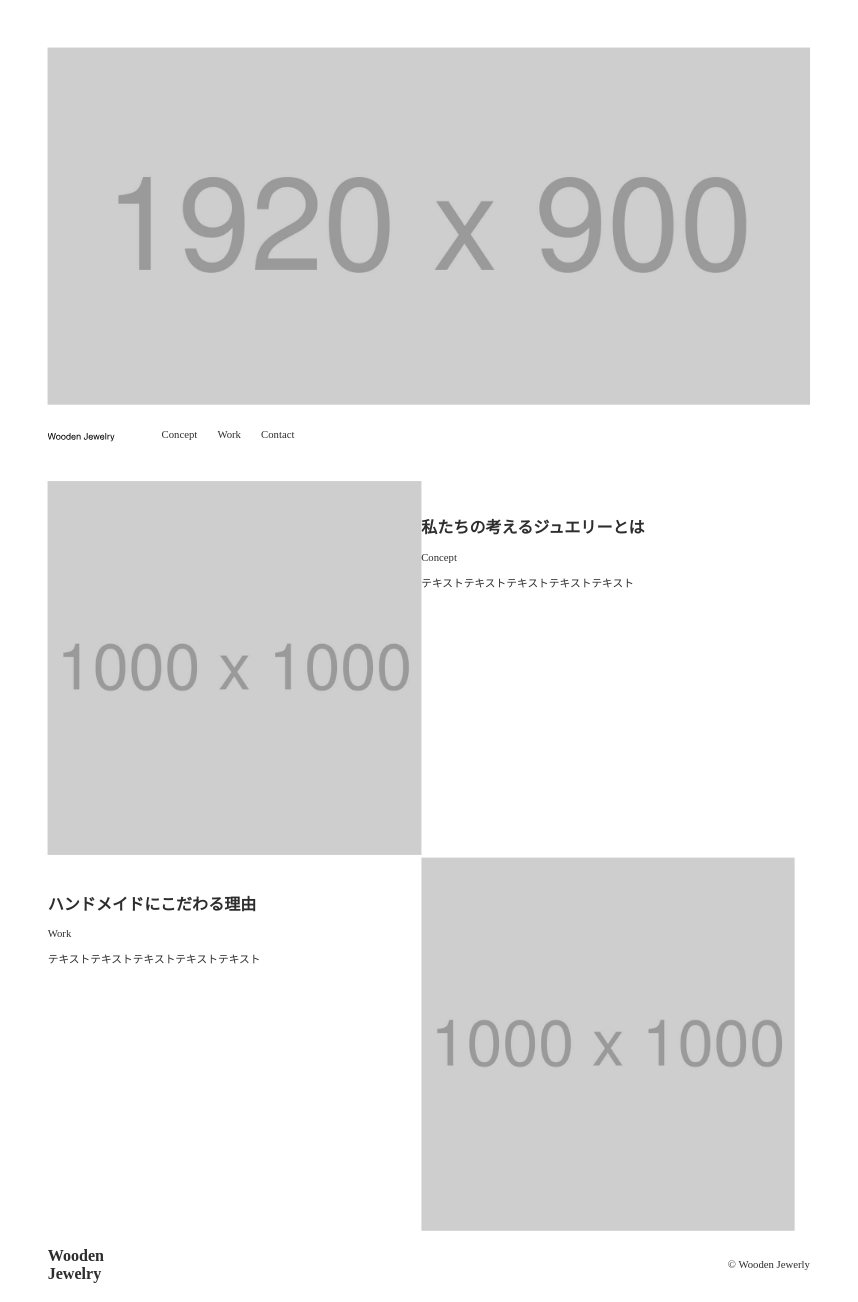
Repository: Fuki-san/jewelry
Page: http://localhost/jewelry
These files come from the project's save history. The page is drawn as it stood at one moment and after the next save; the edit follows.
The browser window is 1280 px wide. The pictures show the whole page, at 67% of full size.
The page is served by the project's Laravel application, run on PHP 8.4 with Laravel 10. Other server files are loaded and not shown.

Above is the page before, as saved 2023-11-26 14:41:34.

### routes/web.php
<?php

use Illuminate\Support\Facades\Route;

/*
|--------------------------------------------------------------------------
| Web Routes
|--------------------------------------------------------------------------
|
| Here is where you can register web routes for your application. These
| routes are loaded by the RouteServiceProvider and all of them will
| be assigned to the "web" middleware group. Make something great!
|
*/

Route::get('/', function () {
    return view('welcome');
});

Route::get('jewelry', function () {
    return view('jewelry');
});

### resources/views/jewelry.blade.php
@extends('layouts.main')

@section('title', 'jewelry')

@section('content')
    <div id="mainvisual">
        <img src="img/mainvisual.jpg">
    </div>
    <header id="header">
        <h1 class="site-title"><a href="#"><img src="img/logo.svg"></a></h1>
        <nav>
            <ul>
                <li><a href="#concept">Concept</a></li>
                <li><a href="#work">Work</a></li>
                <li><a href="mailto:xxx@xxx.xxx?subject=お問い合わせ">Contact</a></li>
            </ul>
        </nav>
    </header>

    <div class="container">
        <main>
            <section id="concept" class="content">
                <div class="img">
                    <img src="img/concept.jpg">
                </div>
                <div class="text">
                    <h2 class="section-title">私たちの考えるジュエリーとは</h2>
                    <span class="section-title-en">Concept</span>
                    <p>テキストテキストテキストテキストテキスト</p>
                </div>
            </section>

            <section id="work" class="content">
                <div class="text">
                    <h2 class="section-title">ハンドメイドにこだわる理由</h2>
                    <span class="section-title-en">Work</span>
                    <p>テキストテキストテキストテキストテキスト</p>
                </div>
                <div class="img">
                    <img src="img/work.jpg">
                </div>
            </section>
        </main>

        <footer id="footer">
            <h2 class="site-title">Wooden Jewelry</h2>
            <p class="copyright">&copy; Wooden Jewerly</p>
        </footer>
    </div>

@endsection

### resources/views/layouts/main.blade.php
<!DOCTYPE html>
<html lang="ja">
<head>
    <meta charset="UTF-8">
    <meta name="viewport" content="width=device-width, initial-scale=1.0">
    <meta http-equiv="X-UA-Compatible" content="ie=edge">
    <link rel="stylesheet" href="{{ asset('css/reset.css') }}">
    <link rel="stylesheet" href="{{ asset('css/style.css') }}">
    <link rel="icon" href="img/favicon.ico">
    <title>@yield('title')</title>
</head>
<body>
    @yield('content')
</body>
</html>

### public/css/style.css
@charset "utf-8";

html{
    font-size: 100%;
}
body{
    font-family: 'Crimson Text', serif;
    color: #2d2d2d;
}
ul{
    list-style: none;
}
a{
    text-decoration: none;
    color:#2d2d2d;
}

img{
    max-width: 100%;
    /* img親のdivのコンテンツラインと子のimgコンテンツラインの下端だけ少し隙間がある。
    その理由は、画像の横にテキストが入力された場合にデフォルトで定まっているvertical-align baseline
    が適応され、英文字のbaseline的に多少の文字の一部が下に出てしまうからであり、今回は文字もかかず、
    子imgと親divの下端の隙間はいらないため、vertical-align bottomで隙間を除去する。
    baselineとbottomの差は微小なので分かりずらいが、例えばgのbaselineはgフォントの下のクルンって
    なっているところの途中で baselineがくるが、bottomならほんとに一番下のクルンのところでくる
    隙間があるかどうかは親divのbackgroundcolorを設定すると分かりやすい */
    vertical-align: buttom;
}

.container{
    padding: 0 5%;
}

.content{
    display: flex;
}
.img{
    width: 49%;
}
.text{
    width: 49%;
}

#mainvisual{
    padding: 5% 5% 0 5%;
}
.site-title{
    width: 100px;
}
#header{
    display: flex;
    align-items: center;
    padding: 0 5%;
}
#header ul{
    display: flex;
}
#header li{
    margin-left: 30px;
}
.container{
    padding-top: 30px;
}
.text{
    padding: 30px 0;
}


#footer {
    display: flex;
    justify-content: space-between;
    align-items: center;
}

### public/img/logo.svg
<?xml version="1.0" encoding="utf-8"?>
<!-- Generator: Adobe Illustrator 15.1.0, SVG Export Plug-In . SVG Version: 6.00 Build 0)  -->
<!DOCTYPE svg PUBLIC "-//W3C//DTD SVG 1.1//EN" "http://www.w3.org/Graphics/SVG/1.1/DTD/svg11.dtd">
<svg version="1.1" id="レイヤー_1" xmlns="http://www.w3.org/2000/svg" xmlns:xlink="http://www.w3.org/1999/xlink" x="0px"
	 y="0px" width="1000px" height="140px" viewBox="0 0 1000 140" enable-background="new 0 0 1000 140" xml:space="preserve">
<g>
	<path d="M39.405,111.195H25.498L0,13.294h14.317l18.271,79.63h0.273l21.952-79.63h14.454l21.953,79.63h0.273l18.271-79.63h14.59
		l-25.771,97.901H84.674l-22.362-81.13H62.04L39.405,111.195z"/>
	<path d="M160.348,37.837c22.771,0,33.133,19.226,33.133,37.634c0,18.407-10.362,37.633-33.133,37.633
		c-22.771,0-33.134-19.226-33.134-37.633C127.214,57.063,137.577,37.837,160.348,37.837z M160.348,102.741
		c17.18,0,20.726-17.726,20.726-27.27c0-9.545-3.545-27.271-20.726-27.271c-17.181,0-20.725,17.726-20.725,27.271
		C139.623,85.015,143.167,102.741,160.348,102.741z"/>
	<path d="M236.16,37.837c22.771,0,33.133,19.226,33.133,37.634c0,18.407-10.362,37.633-33.133,37.633
		c-22.771,0-33.134-19.226-33.134-37.633C203.026,57.063,213.389,37.837,236.16,37.837z M236.16,102.741
		c17.18,0,20.726-17.726,20.726-27.27c0-9.545-3.545-27.271-20.726-27.271c-17.181,0-20.725,17.726-20.725,27.271
		C215.435,85.015,218.979,102.741,236.16,102.741z"/>
	<path d="M342.105,111.195h-11.318v-9.817h-0.272c-5.182,9.681-13.362,11.863-20.316,11.863c-24.271,0-31.361-22.771-31.361-39.815
		c0-20.044,10.772-35.588,29.724-35.588c12.954,0,18.408,8.045,21.271,12.136l0.273-0.955V13.294h12V111.195z M310.471,102.877
		c7.637,0,19.499-5.044,19.499-23.998c0-11.59-1.909-30.271-19.226-30.271c-18.544,0-19.499,17.59-19.499,26.725
		C291.245,91.015,297.381,102.877,310.471,102.877z"/>
	<path d="M419.28,88.833c-0.408,3.409-3.681,13.499-12.681,19.499c-3.272,2.181-7.908,4.909-19.362,4.909
		c-20.043,0-31.907-15.135-31.907-35.725c0-22.089,10.636-39.679,34.225-39.679c20.589,0,30.679,16.363,30.679,41.588h-52.086
		c0,14.862,6.954,23.452,20.726,23.452c11.317,0,17.998-8.727,18.408-14.044H419.28z M407.827,69.88
		c-0.682-11.044-5.317-21.271-19.907-21.271c-11.045,0-19.771,10.227-19.771,21.271H407.827z"/>
	<path d="M492.638,111.195h-11.999V67.29c0-12.408-3.545-18.681-15.271-18.681c-6.817,0-18.817,4.363-18.817,23.726v38.86h-11.998
		V39.882h11.317v10.09h0.273c2.59-3.818,9.271-12.136,21.543-12.136c11.044,0,24.952,4.5,24.952,24.816V111.195z"/>
	<path d="M554.132,79.697v6.818c0,11.726,5.591,15.953,14.727,15.953c12.271,0,15.68-7.363,15.68-16.908V13.294h13.227v71.449
		c0,22.907-14.999,29.043-28.225,29.043c-22.771,0-27.815-15.272-27.815-24.407v-9.681H554.132z"/>
	<path d="M676.985,88.833c-0.409,3.409-3.682,13.499-12.681,19.499c-3.272,2.181-7.908,4.909-19.362,4.909
		c-20.044,0-31.906-15.135-31.906-35.725c0-22.089,10.636-39.679,34.225-39.679c20.589,0,30.679,16.363,30.679,41.588h-52.086
		c0,14.862,6.954,23.452,20.726,23.452c11.317,0,17.998-8.727,18.407-14.044H676.985z M665.531,69.88
		c-0.681-11.044-5.316-21.271-19.906-21.271c-11.045,0-19.771,10.227-19.771,21.271H665.531z"/>
	<path d="M715.574,111.195h-12.407l-20.59-71.313h13.091l13.634,56.041h0.273l13.771-56.041h13.362l13.908,56.041h0.273
		l14.453-56.041h11.998l-20.725,71.313h-12.409l-14.453-55.223h-0.272L715.574,111.195z"/>
	<path d="M847.153,88.833c-0.409,3.409-3.682,13.499-12.681,19.499c-3.272,2.181-7.908,4.909-19.362,4.909
		c-20.044,0-31.906-15.135-31.906-35.725c0-22.089,10.635-39.679,34.225-39.679c20.589,0,30.679,16.363,30.679,41.588h-52.086
		c0,14.862,6.954,23.452,20.726,23.452c11.317,0,17.998-8.727,18.407-14.044H847.153z M835.699,69.88
		c-0.682-11.044-5.316-21.271-19.906-21.271c-11.045,0-19.771,10.227-19.771,21.271H835.699z"/>
	<path d="M874.695,111.195h-11.998V13.294h11.998V111.195z"/>
	<path d="M906.327,111.195h-11.999V39.882h11.318v11.863h0.271c4.772-8.318,11.045-13.909,20.045-13.909
		c1.499,0,2.181,0.137,3.135,0.409v12.408h-4.499c-11.182,0-18.271,8.727-18.271,19.09V111.195z"/>
	<path d="M986.774,39.882H1000c-8.317,23.316-16.499,46.633-25.634,69.949c-11.317,28.907-12.544,30.543-27.953,30.543
		c-1.772,0-3.135-0.545-5.044-1.091v-10.908c1.499,0.545,3.954,1.227,7.227,1.227c6.272,0,6.954-1.772,12.681-16.499l-26.453-73.221
		h13.636l18.953,58.086h0.273L986.774,39.882z"/>
</g>
</svg>

After the next save:
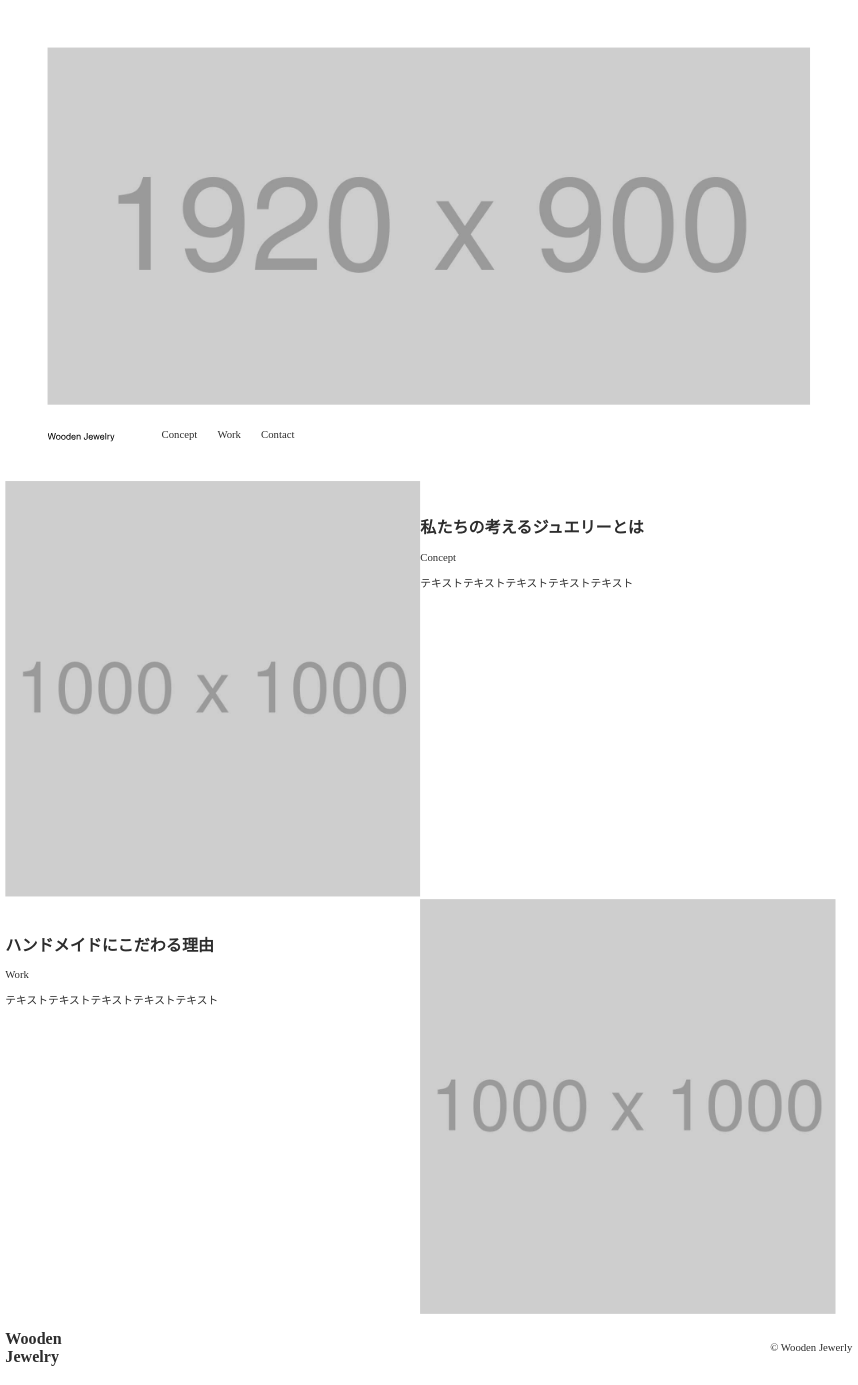
Saved 68 s later.
--- a/public/css/style.css
+++ b/public/css/style.css
@@ -28,7 +28,7 @@ img{
 }
 
 .container{
-    padding: 0 5%;
+
 }
 
 .content{
